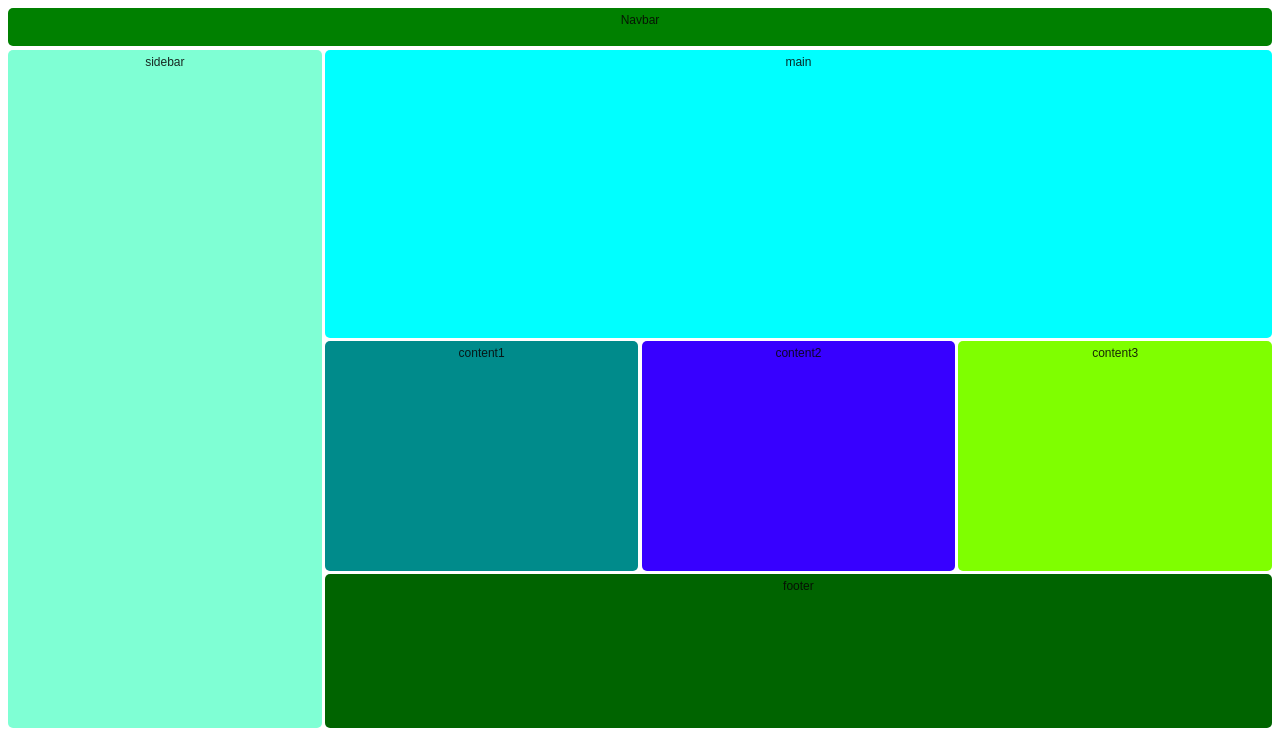
Repository: miraclesamson/cssgrid
Page: index.html
These files come from the project's save history. The page is drawn as it stood at one moment and after the next save; the edit follows.
The browser window is 1280 px wide. The pictures show the whole page.

Above is the page before, as saved 2022-06-25 05:12:27.

### index.html
<!DOCTYPE html>
<html lang="en">

<head>
    <meta charset="UTF-8">
    <meta http-equiv="X-UA-Compatible" content="IE=edge">
    <meta name="viewport" content="width=device-width, initial-scale=1.0">
    <link rel="stylesheet" href="./style.css">
    <title></title>
</head>

<body>
    <div class="container">
        <nav>Navbar</nav>
        <main>main</main>
        <div id="sidebar">sidebar</div>
        <div id="content1">content1</div>
        <div id="content2">content2</div>
        <div id="content3">content3</div>
        <div id="footer">footer</div>

    </div>

</body>

</html>

### style.css
:root {
  --main-radius: 5px;
  --main-padding: 5px;
}
.container {
  display: grid;
  height: 100vh;
  grid-template-columns: 1fr 1fr 1fr 1fr;
  grid-template-rows: 0.2fr 1.5fr 1.2fr 0.8fr;
  grid-template-areas:
    "nav nav nav nav"
    "sidebar main main main"
    "sidebar content1 content2 content3"
    "sidebar footer footer footer";
  grid-gap: 0.2rem;
  font-family: sans-serif;
  font-style: 800;
  text-overflow: uppercase;
  font-size: 12px;
  text-align: center;
  color: rgba(7, 5, 5, 0.856);
}
nav {
  background: green;
  grid-area: nav;
  border-radius: var(--main-radius);
  padding-top: var(--main-padding);
}
main {
  background: aqua;
  grid-area: main;
  border-radius: var(--main-radius);
  padding-top: var(--main-padding);
}
#sidebar {
  background: aquamarine;
  grid-area: sidebar;
  border-radius: var(--main-radius);
  padding-top: var(--main-padding);
}
#content1 {
  background: darkcyan;
  grid-area: content1;
  border-radius: var(--main-radius);
  padding-top: var(--main-padding);
}
#content2 {
  background: rgb(55, 0, 255);
  grid-area: content2;
  border-radius: var(--main-radius);
  padding-top: var(--main-padding);
}
#content3 {
  background: chartreuse;
  grid-area: content3;
  border-radius: var(--main-radius);
  padding-top: var(--main-padding);
}
#footer {
  background: darkgreen;
  grid-area: footer;
  border-radius: var(--main-radius);
  padding-top: var(--main-padding);
}
@media only screen and (max-width: 550px) {
  .container {
    grid-template-columns: 1fr;
    grid-template-rows: 0.4fr 0.4fr 2.2fr 1.2fr 1.2fr 1.2fr 1fr;
    grid-template-areas:
      "nav"
      "sidebar"
      "main"
      "content1"
      "content2"
      "content3"
      "footer";
  }
}

After the next save:
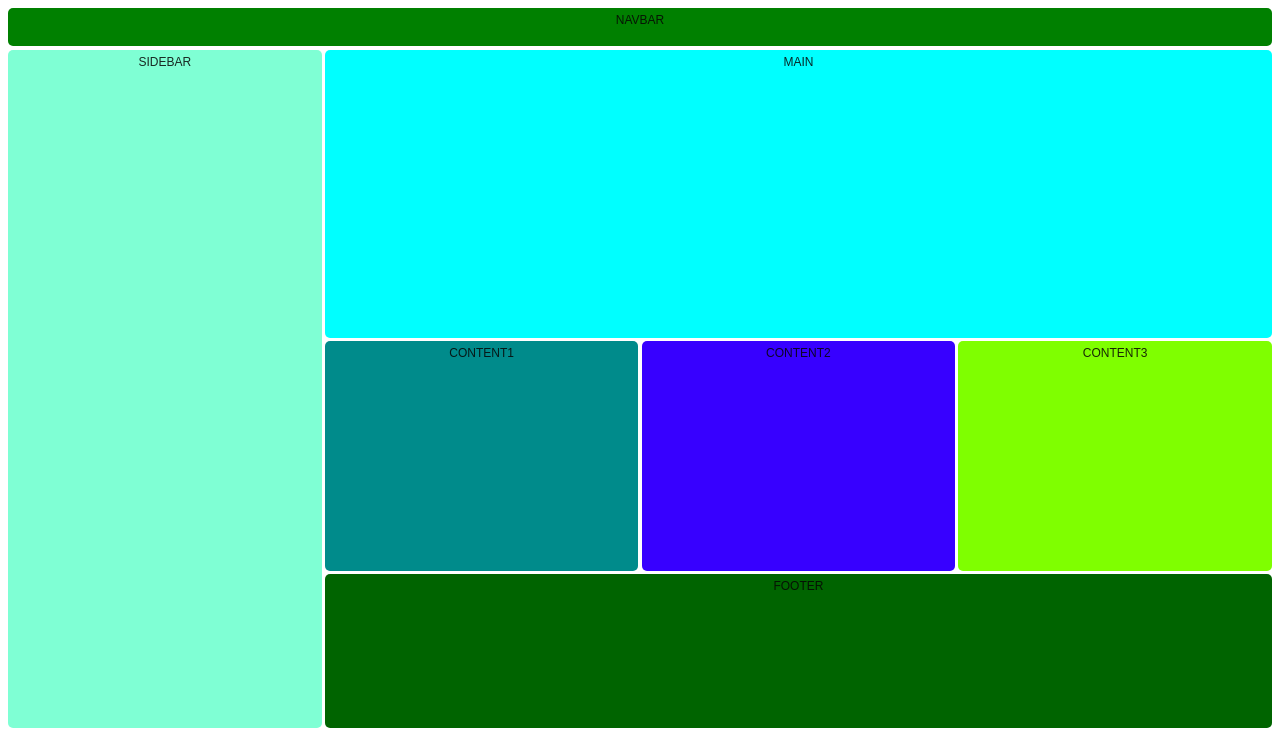
Saved 45 s later.
--- a/style.css
+++ b/style.css
@@ -15,7 +15,7 @@
   grid-gap: 0.2rem;
   font-family: sans-serif;
   font-style: 800;
-  text-overflow: uppercase;
+  text-transform: uppercase;
   font-size: 12px;
   text-align: center;
   color: rgba(7, 5, 5, 0.856);
